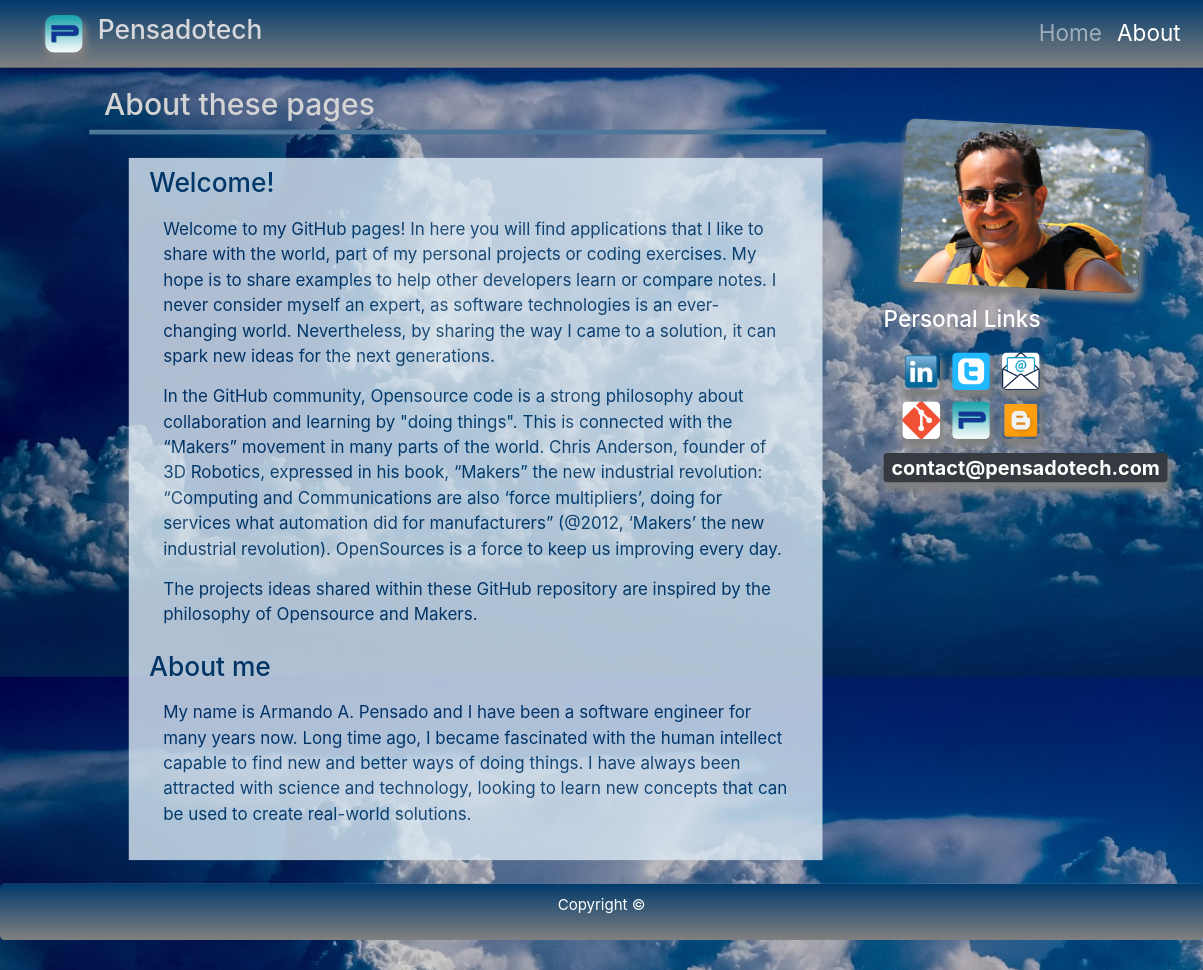
Repository: pensadotech/pensadotech.github.io
Page: about.html
An editor plug-in stored every save of this project. The page is shown before and after the next save, followed by the edit.
The browser window is 1280 px wide. The pictures show the whole page, at 94% of full size.
Backgrounds fixed to the window are drawn as part of the page.

Above is the page before, as saved 2022-10-08 09:56:42.

After the next save:
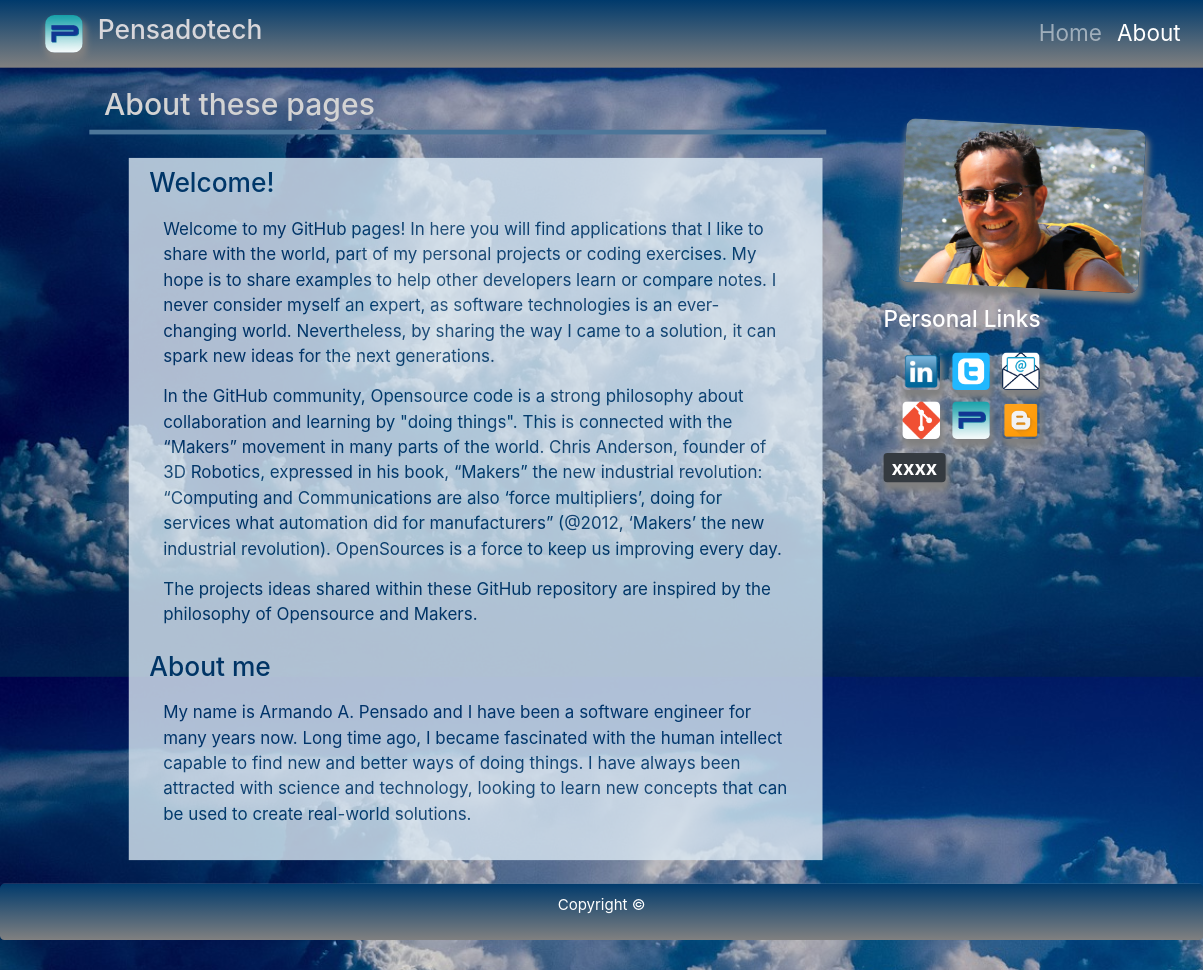
Saved 55 s later.
--- a/about.html
+++ b/about.html
@@ -163,7 +163,7 @@
           <!-- perLinkGroup -->
 
           <h3 class="contactLinks">
-            <span class="badge badge-dark imageShadow">contact@pensadotech.com</span>
+            <span class="badge badge-dark imageShadow">xxxx</span>
           </h3>
 
         </div>
